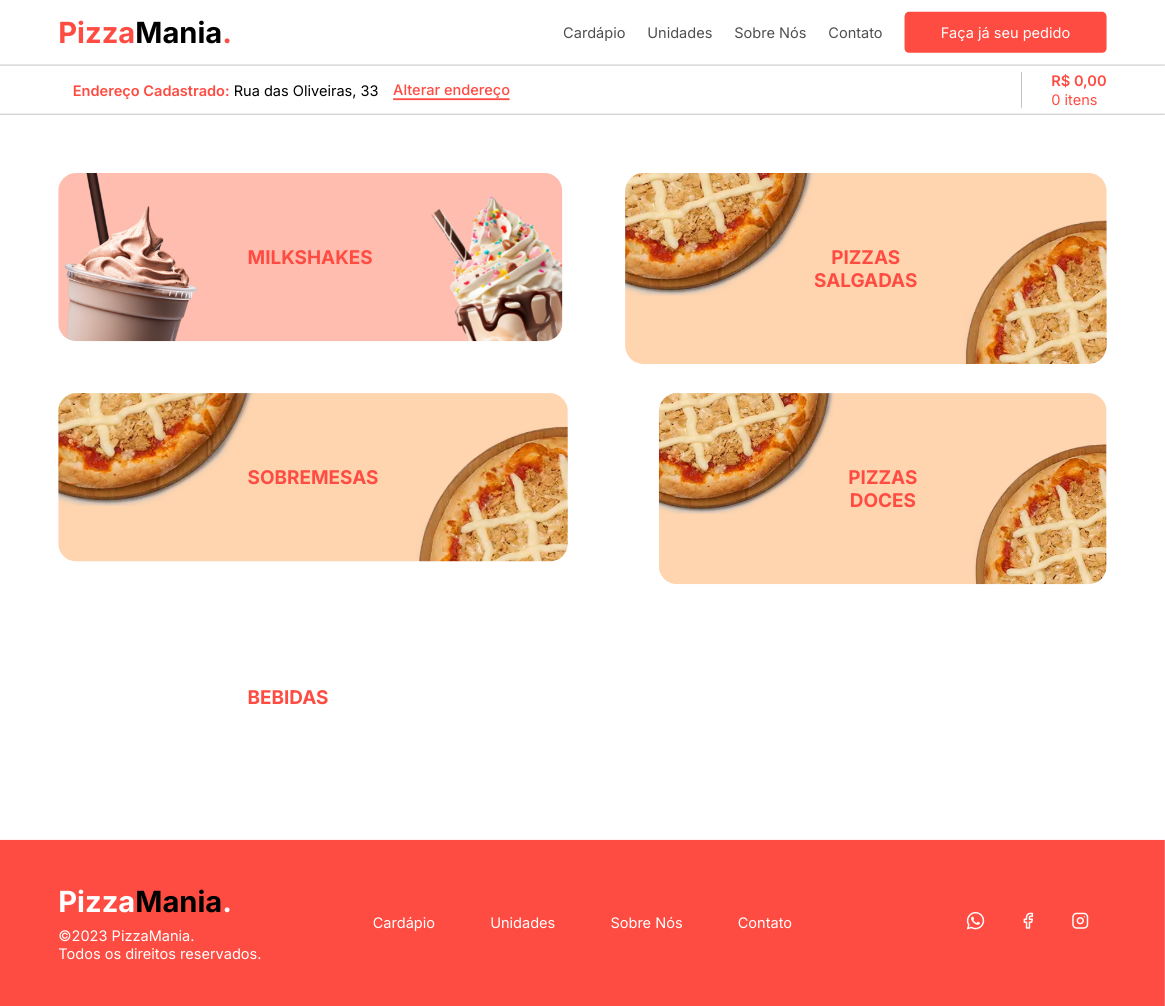
Repository: lucas-albuq/PizzaMania
Page: assets/pages/cardapio.html
The author's editor kept a copy of each file at every save. The page is drawn from the files as they stood at one save, then again after the next save.
The browser window is 1280 px wide. The pictures show the whole page, at 91% of full size.
Some icons come from a web library that is not loaded, so they are not drawn. Some web libraries are served in a nearby version.

Above is the page before, as saved 2024-01-04 21:13:33.

### assets/pages/cardapio.html
<!DOCTYPE html>
<html lang="en">
<head>
    <meta charset="UTF-8">
    <meta name="viewport" content="width=device-width, initial-scale=1.0">
    <title>PizzaMania. - Cardápio</title>
    <link rel='stylesheet' href='https://cdn-uicons.flaticon.com/2.0.0/uicons-regular-rounded/css/uicons-regular-rounded.css'>
    <link rel="stylesheet" href="/assets/fonts/style.css">
    <link rel="stylesheet" href="/assets/css/pizzamania.css">
</head>
<body>
    <div id="header"></div>
    <main>
        <div class="categorias-cardapio">
            <a href="#">
                <div class="milkshakes">
                    <h2>Milkshakes</h2>
                </div>
            </a>
            <a href="#">
                <div class="pizzas-salgadas">
                    <h2>Pizzas <br>Salgadas</h2>
                </div>
            </a>
            <a href="#">
                <div class="sobremesas">
                    <h2>Sobremesas</h2>
                </div>
            </a>
            <a href="#">
                <div class="pizzas-doces">
                    <h2>Pizzas <br>Doces</h2>
                </div>
            </a>
            <a href="#">
                <div class="bebidas">
                    <h2>Bebidas</h2>
                </div>
            </a>
        </div>
    </main>
    <div id="footer"></div>
    <script src="https://ajax.googleapis.com/ajax/libs/jquery/3.1.0/jquery.min.js"></script>
    <script src="../../main.js"></script>
</body>
</html>

### assets/fonts/style.css
@font-face {
  font-family: 'icomoon';
  src:  url('fonts/icomoon.eot?r532as');
  src:  url('fonts/icomoon.eot?r532as#iefix') format('embedded-opentype'),
    url('fonts/icomoon.ttf?r532as') format('truetype'),
    url('fonts/icomoon.woff?r532as') format('woff'),
    url('fonts/icomoon.svg?r532as#icomoon') format('svg');
  font-weight: normal;
  font-style: normal;
  font-display: block;
}

[class^="icon-"], [class*=" icon-"] {
  /* use !important to prevent issues with browser extensions that change fonts */
  font-family: 'icomoon' !important;
  speak: never;
  font-style: normal;
  font-weight: normal;
  font-variant: normal;
  text-transform: none;
  line-height: 1;

  /* Better Font Rendering =========== */
  -webkit-font-smoothing: antialiased;
  -moz-osx-font-smoothing: grayscale;
}

.icon-delivery:before {
  content: "\e909";
}
.icon-pizza:before {
  content: "\e90a";
}
.icon-fatia:before {
  content: "\e90b";
}
.icon-whatsapp:before {
  content: "\e900";
}
.icon-brand:before {
  content: "\e900";
}
.icon-social:before {
  content: "\e900";
}
.icon-facebook:before {
  content: "\e902";
}
.icon-instagram:before {
  content: "\e903";
}
.icon-mail:before {
  content: "\e904";
}
.icon-map-pin:before {
  content: "\e905";
}
.icon-menu:before {
  content: "\e901";
}
.icon-phone:before {
  content: "\e906";
}
.icon-x:before {
  content: "\e907";
}
.icon-youtube:before {
  content: "\e908";
}

### assets/css/pizzamania.css
@import url('https://fonts.googleapis.com/css2?family=Inter:wght@100;200;300;400;500;600;700;800;900&display=swap');

:root {
  --base-hue: 3;
  --primary-color: hsl(var(--base-hue), 100%, 63%);
  --secondary-color: hsl(var(--base-hue), 0%, 0%);
  --text-color: hsl(var(--base-hue), 0%, 31%);
  --text-hover-color: hsl(var(--base-hue), 0%, 51%);
  --background-color: hsl(var(--base-hue), 0%, 100%);
  --button-background: hsl(var(--base-hue), 100%, 63%);
  --button-hover-background: hsl(var(--base-hue), 67%, 47%);
  --divider-color: hsl(var(--base-hue), 0%, 75%);
  --shadow-color:rgba(0, 0, 0, 0.25);
  --box-shadow: 0px 2px 8px 0px rgba(0, 0, 0, 0.25);
}

* {
  padding: 0;
  margin: 0;
  scroll-behavior: smooth;
  font-family: 'Inter', sans-serif;
  box-sizing: border-box;
}

header {
  display: flex;
  flex-direction: column;
  align-items: center;
}

main{
  max-width: 80em;
  width: 90%;
  margin: 4em auto;
  display: flex;
  flex-direction: column;
  gap: 4em;
}

section{
  display: flex;
  flex-direction: column;
  gap: 2em;
}

h2{
  font-size: 1.3em;
  color: var(--primary-color);
  text-transform: uppercase;
}

h3{
  font-size: 1.2em;
}

.header1, .header2 {
  display: flex;
  max-width: 80em;
  width: 90%;
  justify-content: space-between;
  align-items: center;
}

.header1 {
  padding: .8em 0;
}

.header2 {
  padding: .4em 0;
}

.header1 h1 a {
  color: var(--primary-color);
  font-size: 2rem;
}

.header1 h1 span {
  color: var(--secondary-color);
}

.header1_menus {
  display: flex;
  gap: 1.5em;
}

.header1 nav {
  display: flex;
  align-items: center;
}

.header1 ul {
  display: flex;
  list-style-type: none;
  align-items: center;
  justify-content: center;
  gap: 1.5em;
  align-items: center;
}

.header1 a {
  text-decoration: none;
  color: var(--text-color);
  font-size: 1rem;
  transition: color .2s;
}

.header1 nav a:hover {
  color: var(--text-hover-color);
}

.header1 button {
  padding: .8em 2.5em;
  border-radius: 5px;
  line-height: initial;
  align-self: center;
  background-color: var(--button-background);
  border: none;
  color: #FFF;
  font-size: 1rem;
  cursor: pointer;
  transition: background .2s;
}

.header1 button:hover {
  background-color: var(--button-hover-background);
}

.divider {
  border-bottom: 1px solid var(--divider-color);
  width: 100%;
}

.header2 .endereco, .header2 .carrinho {
  display: flex;
  gap: 1em;
  align-items: center;
}

.header2 .carrinho {
  border-left: 1px solid var(--divider-color);
  padding-left: 1em;
  cursor: pointer;
}

.header2 .fi, .header2 span, .carrinho p {
  color: var(--primary-color);
  transition: color .2s;
}

.header2 .endereco button {
  background: none;
  border: none;
  font-size: 1rem;
  color: var(--primary-color);
  font-weight: 500;
  border-bottom: 2px solid var(--primary-color);
  cursor: pointer;
  transition: color .2s;
}

.header2 .endereco button:hover {
  color: var(--button-hover-background);
  border-color: var(--button-hover-background);
}

.header2 .carrinho:hover .valor p, .carrinho:hover .fi {
  color: var(--button-hover-background);
}

.header2 span, .carrinho p:first-child {
  font-weight: 600;
}

footer{
  background-color: var(--primary-color);
}
footer .footer{
  display: flex;
  max-width: 80em;
  width: 90%;
  margin: 0 auto;
  justify-content: space-between;
  align-items: center;
  padding: 3em 0;
}
.footer .footer-menu{
  width: 40%;
}
.footer .footer-menu ul{
  display: flex;
  list-style-type: none;
  justify-content: space-between;
}
.footer .footer-menu a{
  color: var(--background-color);
  text-decoration: none;
  transition: color .2s
}
.footer-menu a:hover{
  color: var(--divider-color)
}
.footer-logo-copy, .footer-social-medias{
  width: 20%;
}
.footer-social-medias{
  display: flex;
  justify-content: end;
  align-items: center;
}
.footer-social-medias a{
  text-decoration: none;
}
.footer-social-medias div {
  color: var(--background-color);
  font-size: 1.2rem;
  padding: 1em;
  transition: all .5s ease;
}

.footer-social-medias div:hover {
  transform: translateY(-5px);
}
.footer-social-medias div::after{
  content: "";
  display: block;
  width: 0;
  height: 3px;
  margin-top: 3px;
  border-radius: 5px;
  background: var(--background-color);
  transition: all .2s ease;
}
.footer-social-medias div:hover::after{
  width: 100%;
}
.footer-logo-copy{
  display: flex;
  flex-direction: column;
  gap: .5em;
  color: var(--background-color)
}
.footer-logo-copy a{
  color: var(--background-color);
  text-decoration: none;
}
.footer-logo-copy a span{
  color: var(--secondary-color);
}
.servicos > div{
  display: flex;
  justify-content: space-between;
}
.servicos > div > div{
  box-shadow: var(--box-shadow);
  display: flex;
  flex-direction: column;
  align-items: center;
  justify-content: center;
  padding: 2.5em;
  width: 30%;
  gap: 1.5em;
  border-radius: 20px;
  border-bottom: var(--primary-color) solid 8px;
}

.servicos img{
  height: 3.5em;
}

.servicos p{
  text-align: center;
}

.carrossel .swiper {
  width: 100%;
  aspect-ratio: 16/6;
  border-radius: 20px;
}
.carrossel .swiper img{
  width: 100%;
  aspect-ratio: 16/6;
  filter: brightness(75%);
}
.swiper-pagination-bullet{
  padding: 3px;
}
.swiper-pagination-bullet-active{
  background: var(--primary-color);
}
.swiper-button-next, .swiper-button-prev{
  color: #FFF
}
.promocoes .swiper-slide, .assessments .swiper-slide{
  padding: 1em .2em;
}
.promocoes .card{
  display: flex;
  flex-direction: column;
  padding: 2em;
  gap: 2em;
  box-shadow: var(--box-shadow);
  border-radius: 20px;
}
.promocoes .card-top, .promocoes .card-bottom{
  display: flex;
  justify-content: space-between;
}
.promocoes .card-top-text{
  width: 65%;
  display: flex;
  flex-direction: column;
  gap: 1em;
}
.promocoes .card-top-image{
  width: 35%;
}
.promocoes .card-top-image img{
  width: 100%;
}
.promocoes .card-bottom p span{
  font-weight: bold;
  font-size: 1.2em;
}
.promocoes .card-bottom button{
  border: none;
  background: var(--button-background);
  padding: 0 3em;
  border-radius: 5px;
  color: #FFF;
  font-size: 1rem;
  cursor: pointer;
  transition: background .2s;
}
.promocoes .card-bottom button:hover{
  background: var(--button-hover-background);
}
.swiper-container{
  overflow: hidden;
}
/*Novamente reutilizando código antigo meu (é meu msm)*/
.assessments .assessments__container .swiper-wrapper{
  display: flex;
  flex-wrap: nowrap;
}
.assessments .assessments__container .assessments__assessment blockquote{
  padding: 2em;
  box-shadow: var(--box-shadow);
  border-radius: 20px;
  height: auto;
  width: 100%;
}
.assessments .assessments__container .assessments__assessment p{
  position: relative;
  text-indent: 1.875rem;
  margin-bottom: 1.5rem;
  color: var(--title-color);
}
.assessments .assessments__container .assessments__assessment p span{
  font-size: 4rem;
  font-family: serif;
  font-weight: 700;
  position: absolute;
  color: var(--primary-color);
  top: -1.375rem;
  left: -2.300rem;
}
.assessments .assessments__container .assessments__assessment cite {
  display: flex;
  align-items: center;
  font-style: normal;
  text-transform: capitalize;
}
.assessments .assessments__container .assessments__assessment cite img{
  height: 2rem;
  width: 2rem;
  object-fit: cover;
  clip-path: circle();
  margin-right: 0.5rem;
}
.categorias-cardapio{
  display: flex;
  flex-wrap: wrap;
  gap: 2em;
  justify-content: space-between;
}
.categorias-cardapio div{
  padding: 5em 13em;
  text-align: center;
  display: flex;
  align-items: center;
  border-radius: 20px;
  background-size: 100% auto;
  background-position: center;
  background-repeat: no-repeat;
}
.categorias-cardapio a{
  text-decoration: none;
}

.categorias-cardapio .milkshakes{
  background-image: url("/assets/images/Milkshakes.png");
}

.categorias-cardapio .pizzas-salgadas{
  background-image: url("/assets/images/pizzasSalgadas.png");
}
.categorias-cardapio .sobremesas{
  background-image: url("/assets/images/pizzasSalgadas.png");
}
.categorias-cardapio .pizzas-doces{
  background-image: url("/assets/images/pizzasSalgadas.png");
}
.categorias-cardapio .pizzas-salgadas{
  background-image: url("/assets/images/pizzasSalgadas.png");
}

### main.js
document.addEventListener('DOMContentLoaded', function() {
    const header = document.getElementById('header');
    const footer = document.getElementById('footer');

    fetch('/assets/html/header.html')
        .then(response => response.text())
        .then(data => {
            header.innerHTML = data;

            const fazerPedido = document.querySelector(".header1_menus button");
            fazerPedido.addEventListener("click", () => window.open('./assets/pages/cardapio.html', '_self'));
        });

    fetch('/assets/html/footer.html')
        .then(response => response.text())
        .then(data => {
            footer.innerHTML = data;
        });
});

### assets/html/header.html
<header>
        <div class="header1">
            <h1><a href="/index.html">Pizza<span>Mania</span>.</a></h1>
            <div class="header1_menus">
                <nav>
                    <ul>
                        <li><a href="#">Cardápio</a></li>
                        <li><a href="#">Unidades</a></li>
                        <li><a href="#">Sobre Nós</a></li>
                        <li><a href="#">Contato</a></li>
                    </ul>
                </nav>
                <button>
                    Faça já seu pedido
                </button>
            </div>
        </div>
        <div class="divider"></div>
        <div class="header2">
            <div class="endereco">
                <i class="fi fi-rr-home"></i>
                <p><span>Endereço Cadastrado:</span> Rua das Oliveiras, 33</p>
                <button>Alterar endereço</button>
            </div>
            <div class="carrinho">
                <i class="fi fi-rr-shopping-cart"></i>
                <div class="valor">
                    <p>R$ 0,00</p>
                    <p>0 itens</p>
                </div>
            </div>
        </div>
        <div class="divider"></div>
    </header>

### assets/html/footer.html
<footer>
    <div class="footer">
        <div class="footer-logo-copy">
            <h1><a href="/index.html">Pizza<span>Mania</span>.</a></h1>
            <p>
                ©2023 PizzaMania. <br>
                Todos os direitos reservados.
            </p>
        </div>
        <nav class="footer-menu">
            <ul>
                <li><a href="">Cardápio</a></li>
                <li><a href="">Unidades</a></li>
                <li><a href="">Sobre Nós</a></li>
                <li><a href="">Contato</a></li>
            </ul>
        </nav>
        <div class="footer-social-medias">
            <a href="#">
                <div class="icon-whatsapp"></div>
            </a>
            <a href="#">
                <div class="icon-facebook"></div>
            </a>
            <a href="#">
                <div class="icon-instagram"></div>
            </a>
        </div>
    </div>
</footer>

After the next save:
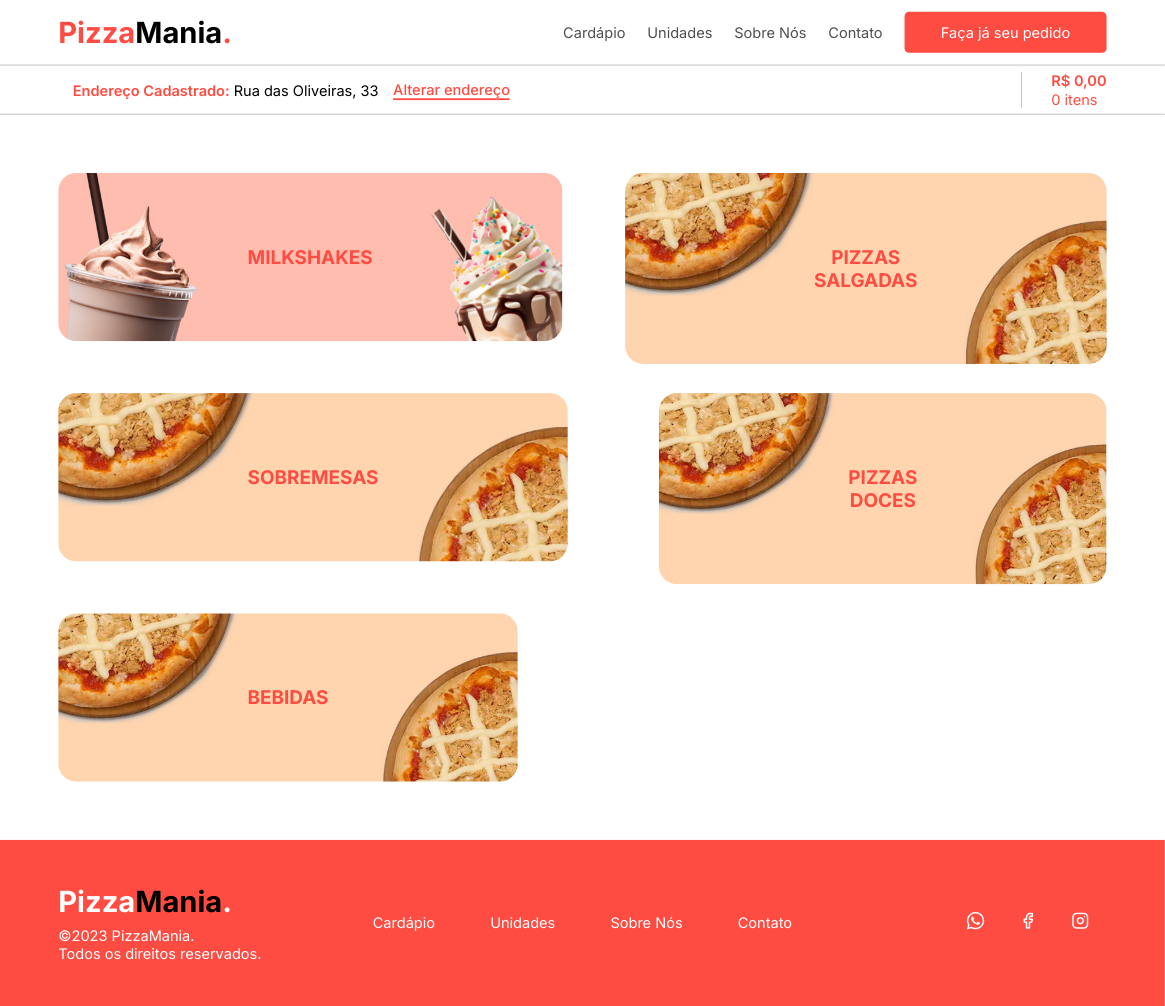
Saved 6 s later.
--- a/assets/css/pizzamania.css
+++ b/assets/css/pizzamania.css
@@ -410,6 +410,6 @@ footer .footer{
 .categorias-cardapio .pizzas-doces{
   background-image: url("/assets/images/pizzasSalgadas.png");
 }
-.categorias-cardapio .pizzas-salgadas{
+.categorias-cardapio .bebidas{
   background-image: url("/assets/images/pizzasSalgadas.png");
 }
